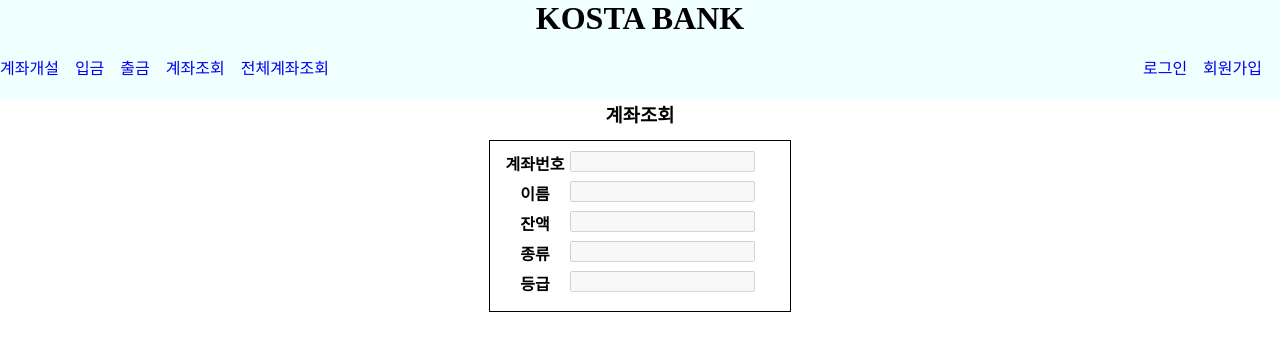
Repository: serendipity63/Springboot-workspace
Page: http://localhost/bankboot/WEB-INF/views/accountinfo.jsp
The author's editor kept a copy of each file at every save. The page is drawn from the files as they stood at one save, then again after the next save.
The browser window is 1280 px wide. The pictures show the whole page.
The page is served by Tomcat 9. Nobody is signed in. The template is opened directly, without the code that normally fills it, so the values that code supplies are empty.

Above is the page before, as saved 2023-11-09 03:37:15.

After the next save:
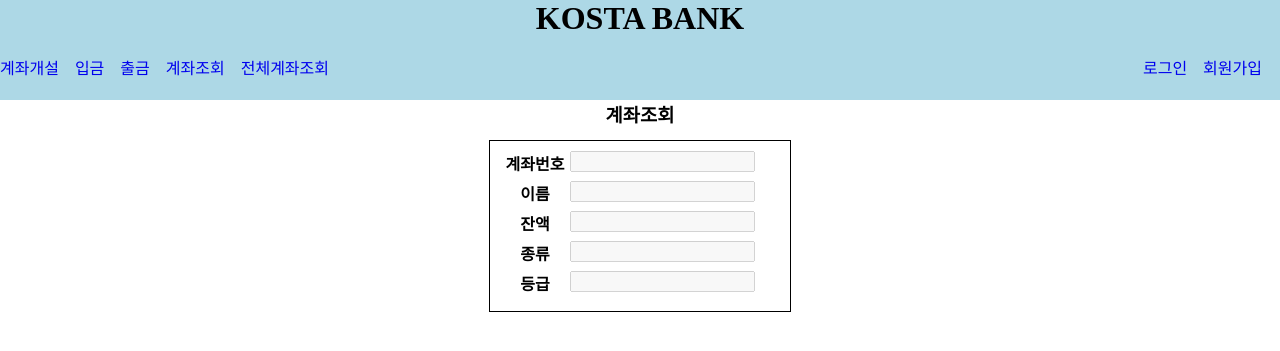
Saved 48 s later.
--- a/bankboot/src/main/webapp/WEB-INF/views/header.jsp
+++ b/bankboot/src/main/webapp/WEB-INF/views/header.jsp
@@ -18,7 +18,7 @@ a {
 .outerDiv {
 	width: 100%;
 	height: 100px;
-	background-color: #F0FFFF;
+	background-color: #ADD8E6;
 }
 </style>
 <div class="outerDiv">
